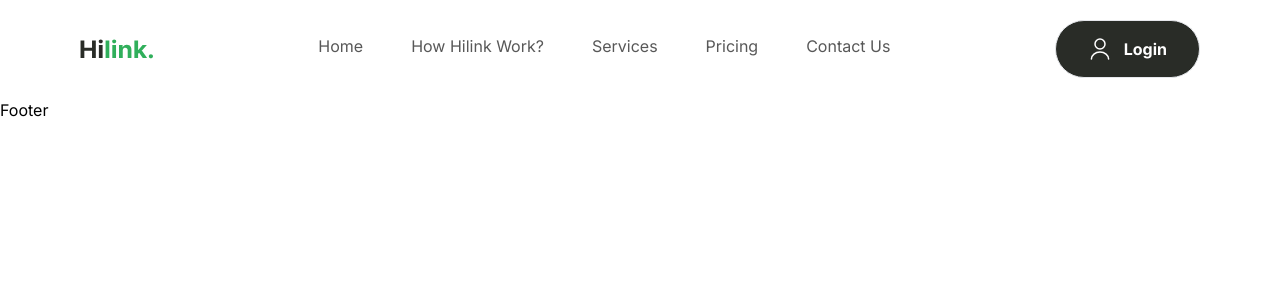
Repository: MikeeBuilds/camp
Page: /
These files come from the project's save history. The page is drawn as it stood at one moment and after the next save; the edit follows.
The browser window is 1280 px wide. The pictures show the whole page.
The project was rebuilt for these pictures with package versions that can differ from the ones it lists, and the page was loaded fresh each time. The framework's server and built-in components were replaced by stand-ins that run in the browser. Also part of the build but not shown: next.config.js.

Above is the page before, as saved 2023-11-24 20:30:22.

After the next save:
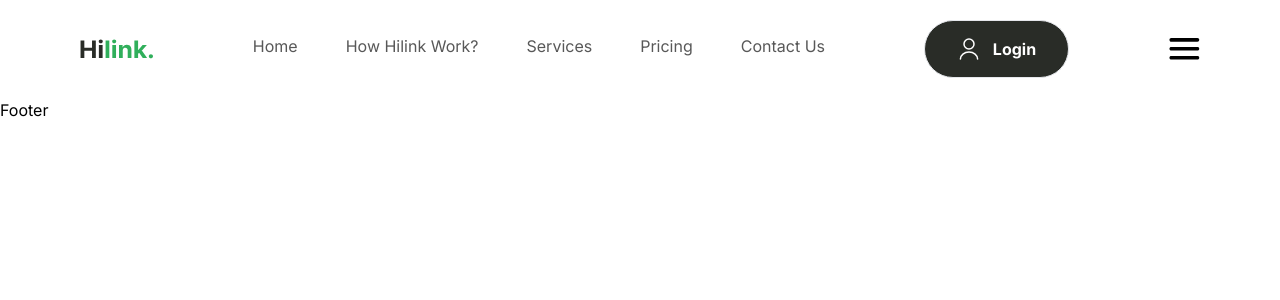
Saved 96 s later.
--- a/components/Navbar.tsx
+++ b/components/Navbar.tsx
@@ -1,66 +1,41 @@
-"use client"
-
-import { useState } from 'react';
-import { useRouter } from 'next/router';
-import { NAV_LINKS } from '@/constants';
-import Image from 'next/image';
-import Link from 'next/link';
-import Button from './Button';
+import { NAV_LINKS } from '@/constants'
+import Image from 'next/image'
+import Link from 'next/link'
+import Button from './Button'
 
 const Navbar = () => {
-  const [isMenuOpen, setMenuOpen] = useState(false);
-  const router = useRouter();
+    return (
+        <nav className="flexBetween max-container padding-container relative z-30 py-5">
+            <Link href="/">
+                <Image src="/hilink-logo.svg" alt="logo" width={74} height={29} />
+            </Link>
 
-  const toggleMenu = () => {
-    setMenuOpen(!isMenuOpen);
-  };
+            <ul className="hidden h-full gap-12 lg:flex">
+                {NAV_LINKS.map((link) => (
+                    <Link href={link.href} key={link.key} className="regular-16 text-gray-50 flexCenter cursor-pointer pb-1.5 transition-all hover:font-bold">
+                        {link.label}
+                    </Link>
+                ))}
+            </ul>
 
-  const closeMenu = () => {
-    setMenuOpen(false);
-  };
+            <div className='lg:flexCenter hidden'>
+                <Button
+                    type="button"
+                    title="Login"
+                    icon="/user.svg"
+                    variant="btn_dark_green"
+                />
+            </div>
 
-  return (
-    <nav className="flexBetween max-container padding-container relative z-30 py-5">
-      <Link href="/">
-        <Image src="/hilink-logo.svg" alt="logo" width={74} height={29} />
-      </Link>
+            <Image
+                src="menu.svg"
+                alt='menu'
+                width={32}
+                height={32}
+                className='inline-block cursor-pointer lg:hidd'
+            />
+        </nav>
+    )
+}
 
-      <ul className={`h-full gap-12 lg:flex ${isMenuOpen ? 'flex' : 'hidden'}`}>
-        {NAV_LINKS.map((link) => (
-          <Link href={link.href} key={link.key} passHref>
-            <a
-              className="regular-16 text-gray-50 flexCenter cursor-pointer pb-1.5 transition-all hover:font-bold"
-              onClick={closeMenu}
-            >
-              {link.label}
-            </a>
-          </Link>
-        ))}
-      </ul>
-
-      <div className='lg:flexCenter hidden'>
-        <Button
-          type="button"
-          title="Login"
-          icon="/user.svg"
-          variant="btn_dark_green"
-        />
-      </div>
-
-      <div
-        className='lg:hidden cursor-pointer'
-        onClick={toggleMenu}
-      >
-        <Image
-          src="menu.svg"
-          alt='menu'
-          width={32}
-          height={32}
-          className='inline-block'
-        />
-      </div>
-    </nav>
-  );
-};
-
-export default Navbar;
+export default Navbar

After the save that followed:
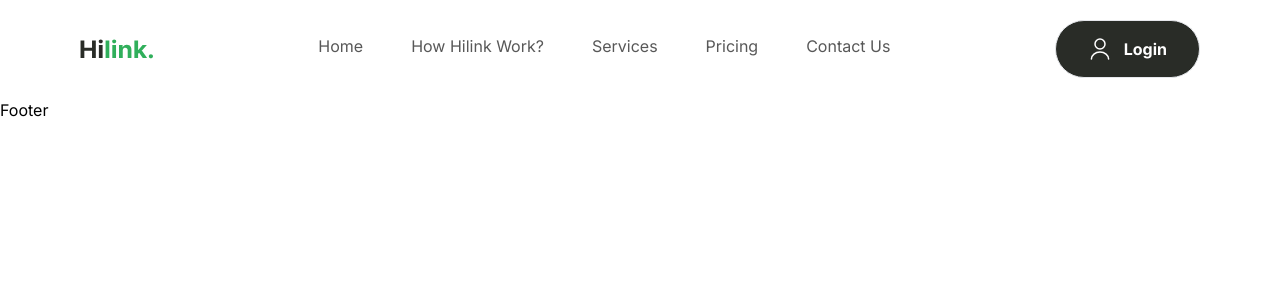
Saved 6 s later.
--- a/components/Navbar.tsx
+++ b/components/Navbar.tsx
@@ -32,7 +32,7 @@
                 alt='menu'
                 width={32}
                 height={32}
-                className='inline-block cursor-pointer lg:hidd'
+                className='inline-block cursor-pointer lg:hidden'
             />
         </nav>
     )
